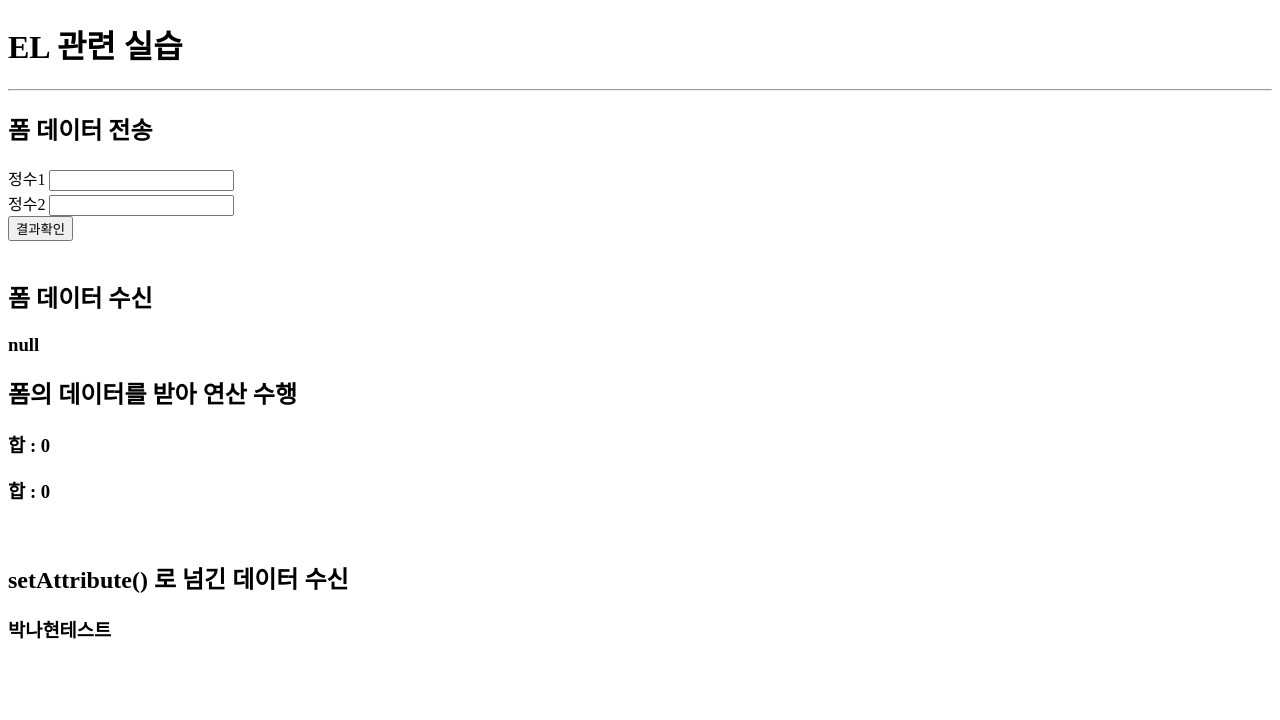
Repository: hyyrim/WebStudy
Page: http://localhost/WebApp22/Test01.jsp
An editor plug-in stored every save of this project. The page is shown before and after the next save, followed by the edit.
The browser window is 1280 px wide. The pictures show the whole page.
The page is served by Tomcat 9.

Above is the page before, as saved 2021-05-26 05:07:24.

After the next save:
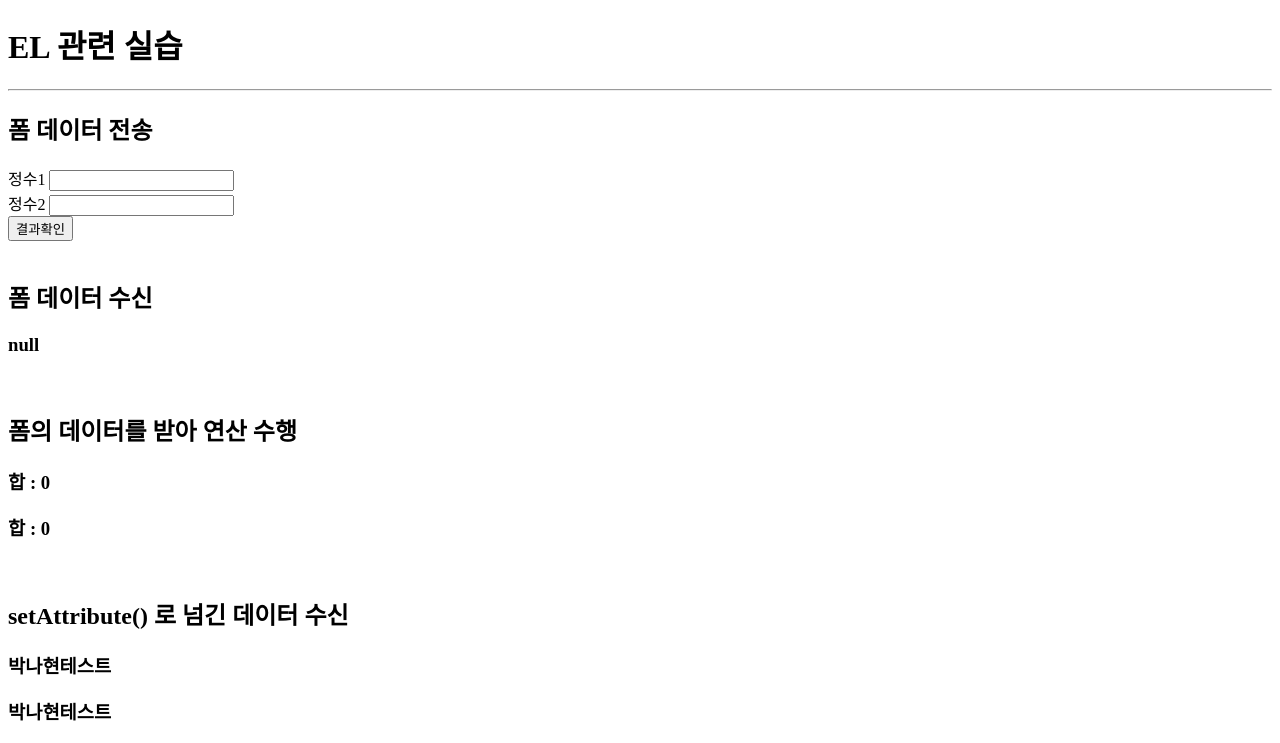
Saved 9 s later.
--- a/WebApp22/WebContent/Test01.jsp
+++ b/WebApp22/WebContent/Test01.jsp
@@ -4,11 +4,10 @@
 	request.setCharacterEncoding("UTF-8");
 	String cp = request.getContextPath();
 %>
+
 <%
 	request.setAttribute("result", "박나현테스트");
-
 %>
-
 <!DOCTYPE html>
 <html>
 <head>
@@ -17,7 +16,6 @@
 </head>
 <body>
 
-
 <div>
 	<h1>EL 관련 실습</h1>
 	<hr>
@@ -25,13 +23,12 @@
 
 <div>
 	<h2>폼 데이터 전송</h2>
-	<form action="" method="post"> <!-- 자기자신에게 submit -->
+	<form action="" method="post">
 		정수1 <input type="text" name="su1"><br>
 		정수2 <input type="text" name="su2"><br>
 		<button type="submit">결과확인</button>
 	</form>
 </div>
-
 <br>
 
 <div>
@@ -44,6 +41,7 @@
 	<h3>${param.su2 }</h3>
 
 </div>
+<br>
 
 <div>
 	<h2>폼의 데이터를 받아 연산 수행</h2>
@@ -52,7 +50,8 @@
 	<%
 		String s1str = request.getParameter("su1");
 		String s2str = request.getParameter("su2");
-		int s = 0;
+
+		int s=0;
 
 		int s1;
 		int s2;
@@ -61,32 +60,33 @@
 		{
 			s1 = Integer.parseInt(s1str);
 			s2 = Integer.parseInt(s2str);
+
 			s = s1 + s2;
 		}
+
 	%>
-	<h3>합 : <%=s %></h3>
+	<h3>합 : <%=s%></h3>
 
-	<!-- 폼의 데이터를 수신하여 연산을 수행하는 방법 2 (EL 사용) -->
-	<h3>합 : ${param.su1 + param.su2}</h3>
-	<!-- → 파라미터 수신도 알아서…  -->
-	<!-- → 필요한 캐스팅도 알아서 자동으로 수행…  -->
-	<!-- → null을 대하는 방식 check~!!(유연하다)  -->
+	<!-- 폼의 데이터를 수신하여 연산을 수행하는 방법 2 (EL 활용) -->
+	<h3>합 : ${param.su1 + param.su2 }</h3>
+	<!-- → 파라미터 수신도 알아서...
+	     → 필요한 캐스팅도 알아서 자동으로 수행...
+	     → null 을 대하는 방식 chek~!!!  -->
 
 </div>
-
 <br>
 
 <div>
 	<h2>setAttribute() 로 넘긴 데이터 수신</h2>
 
-	<!-- setAttribute() 로 넘긴 데이터를 수신하는 방법 1 (기존 방법) -->
-	<!-- getAttribute() 활용 -->
+	<!-- setAttribute()로 넘긴 데이터를 수신하는 방법 1 (기존방법) -->
+	<!-- getAttribute() 사용 -->
 	<h3><%=request.getAttribute("result") %></h3>
 
-	<!-- setAttribute() 로 넘긴 데이터를 수신하는 방법 2 (EL 사용) -->
+	<!-- setAttribute()로 넘긴 데이터를 수신하는 방법 2 (EL 활용) -->
+	<h3>${result }</h3>
 
 </div>
 
-
 </body>
 </html>
